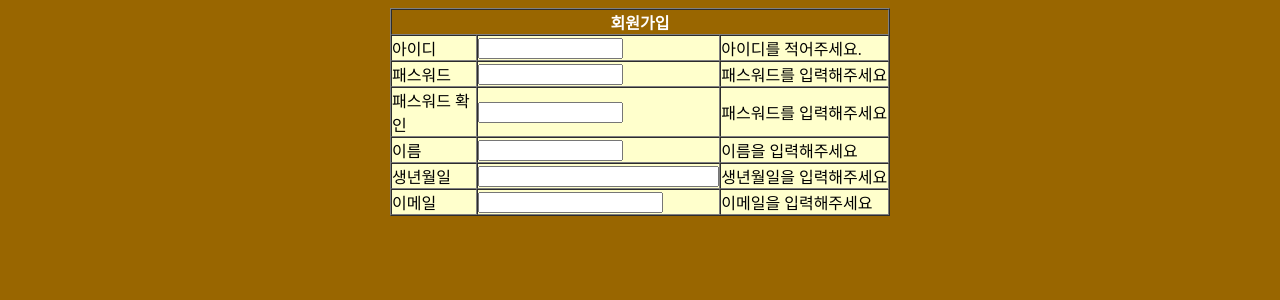
Repository: beom324/jsp-servlet
Page: http://localhost/day1226/member.jsp
The author's editor kept a copy of each file at every save. The page is drawn from the files as they stood at one save, then again after the next save.
The browser window is 1280 px wide. The pictures show the whole page.
The page is served by Tomcat 9.

Above is the page before, as saved 2023-12-26 00:39:45.

After the next save:
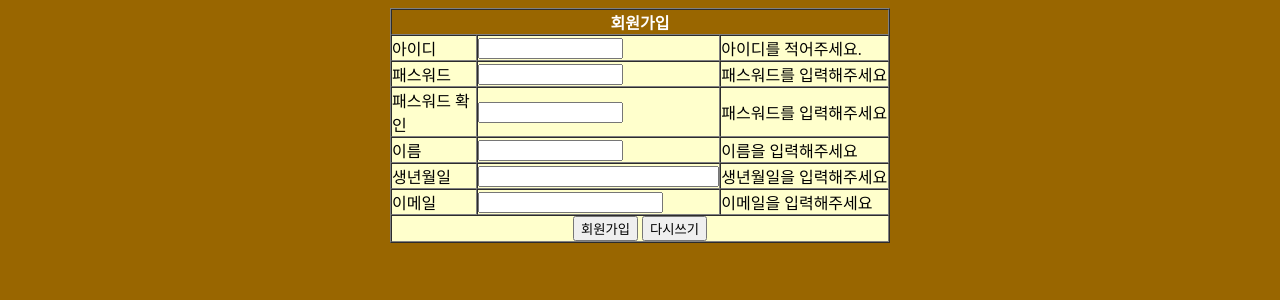
Saved 106 s later.
--- a/day1226/src/main/webapp/member.jsp
+++ b/day1226/src/main/webapp/member.jsp
@@ -59,6 +59,12 @@
 							</td>
 							<td>이메일을 입력해주세요</td>
 						</tr>
+						<tr>
+							<td colspan="3" align="center">
+								<input type="button" value="회원가입" onclick ="inputCheck()">
+								<input type="reset" value="다시쓰기">
+							</td>
+						</tr>
 					</form>
 				</table>
 			</td>
